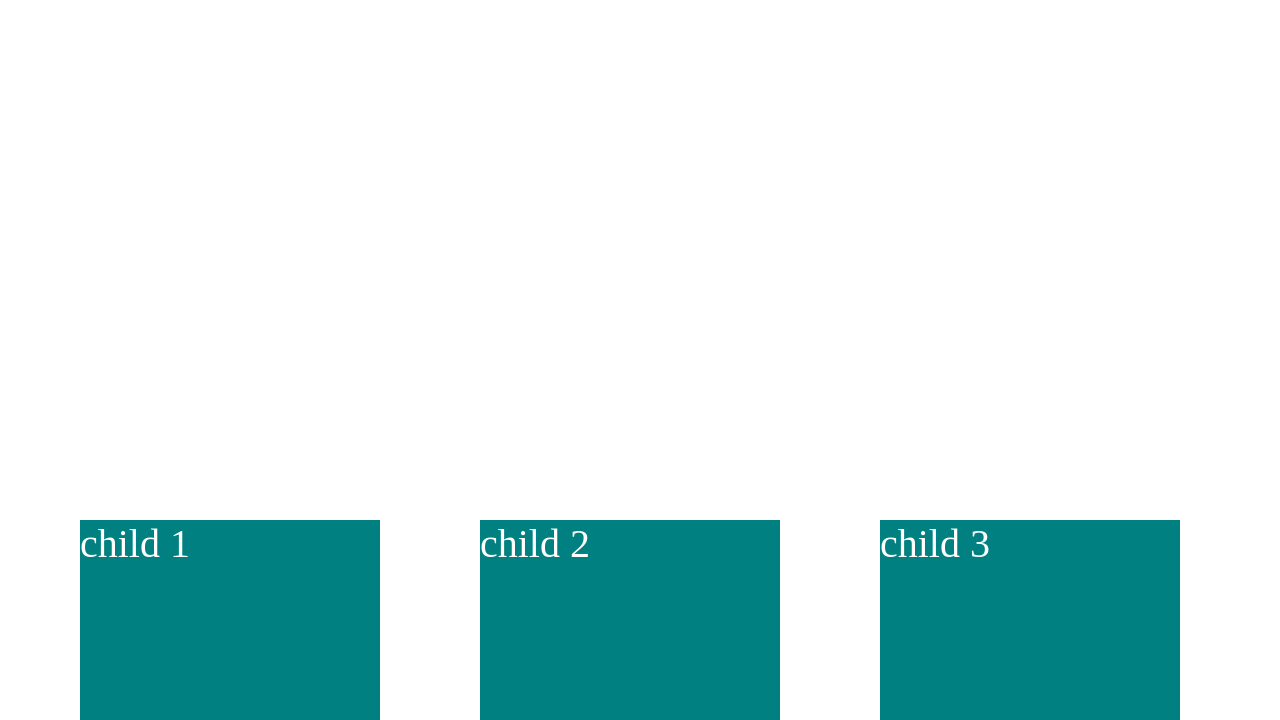
Repository: AytacSafarova/Figma--task
Page: index.html
The author's editor kept a copy of each file at every save. The page is drawn from the files as they stood at one save, then again after the next save.
The browser window is 1280 px wide. The pictures show the whole page.

Above is the page before, as saved 2023-08-04 14:56:42.
Console error: ReferenceError: camelcase is not defined

After the next save:
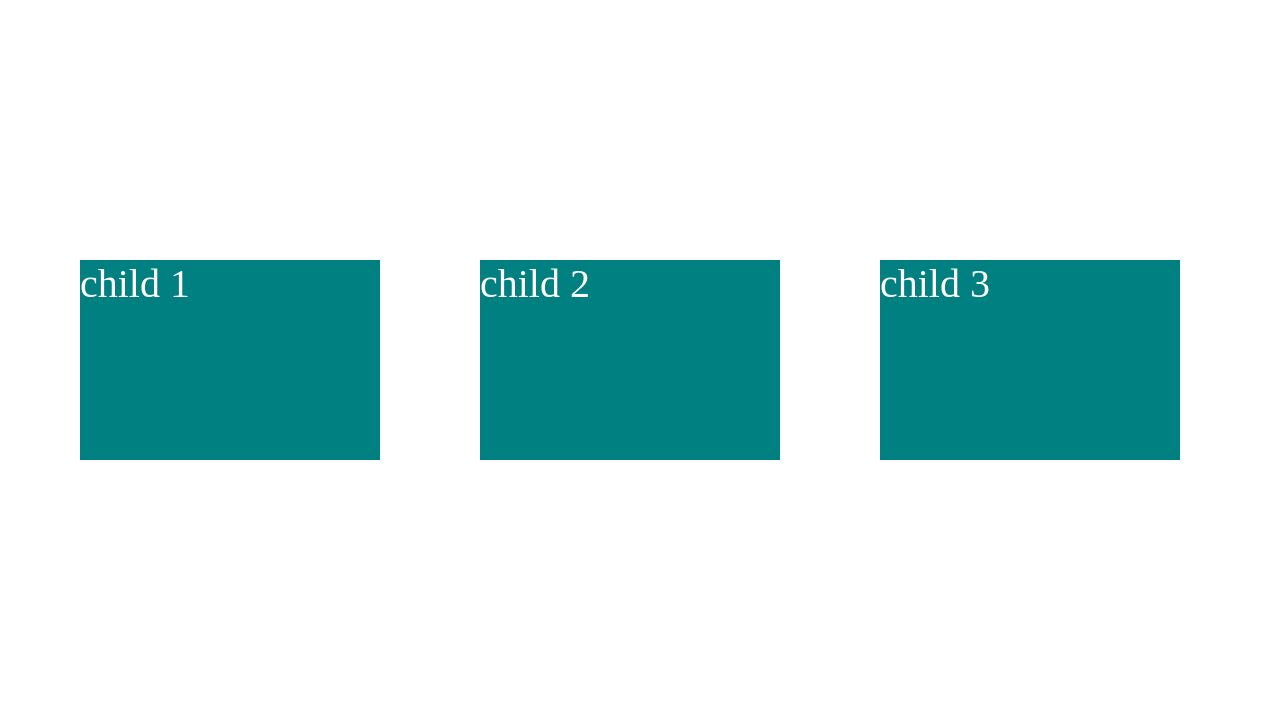
Saved 16 s later.
--- a/index.css
+++ b/index.css
@@ -11,7 +11,7 @@
   display: flex;
   flex-direction:row;
   justify-content: space-evenly;
-  align-items: flex-end
+  align-items: center
   ;
 }
 .container h1 {
